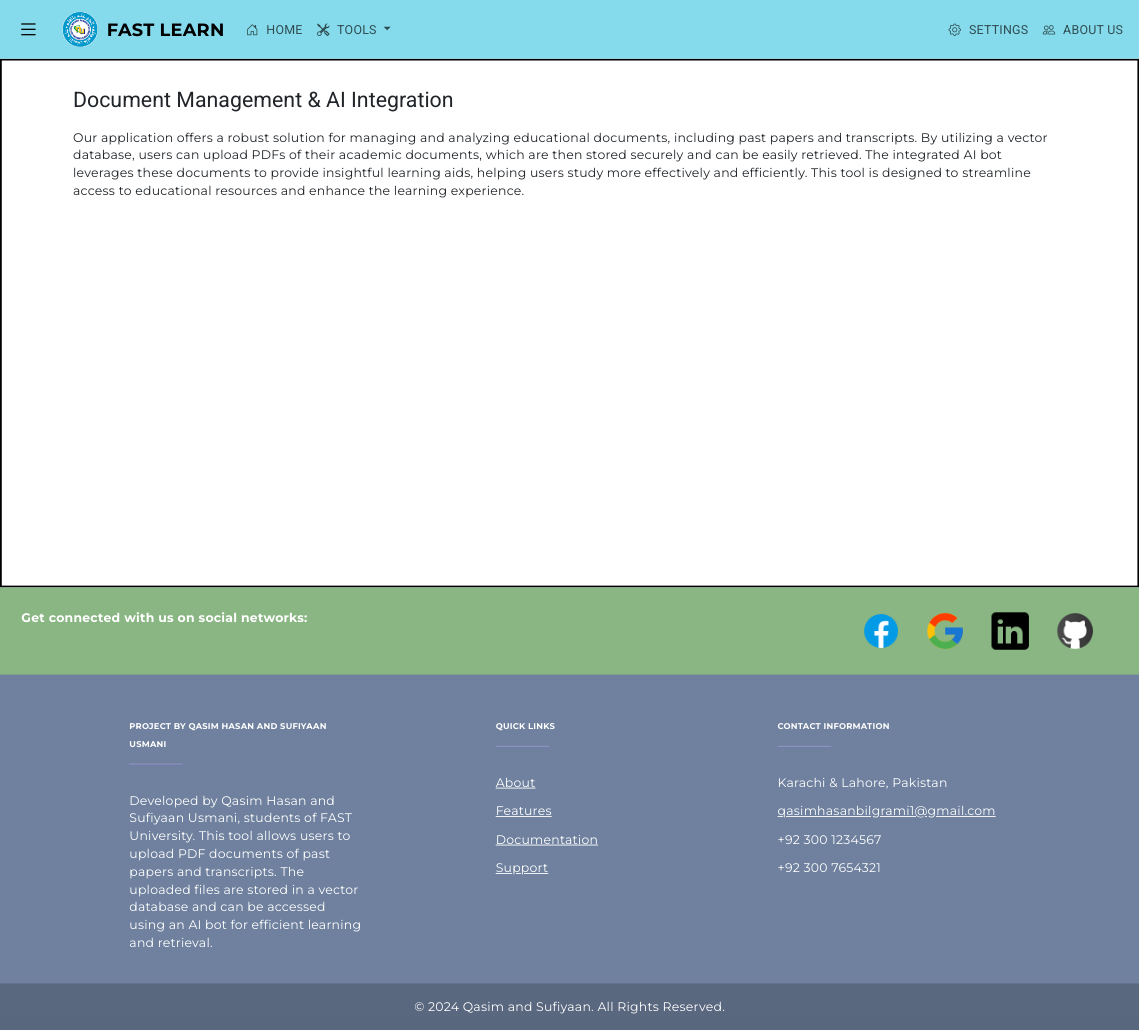
Repository: fastlearn-e0c9858e10ed/Frontend
Page: / (app in fastlearn/)
An editor plug-in stored every save of this project. The page is shown before and after the next save, followed by the edit.
The browser window is 1280 px wide. The pictures show the whole page, at 89% of full size.
The project was rebuilt for these pictures with package versions that can differ from the ones it lists, and the page was loaded fresh each time. Also part of the build but not shown: fastlearn/angular.json.

Above is the page before, as saved 2024-08-19 10:43:21.

After the next save:
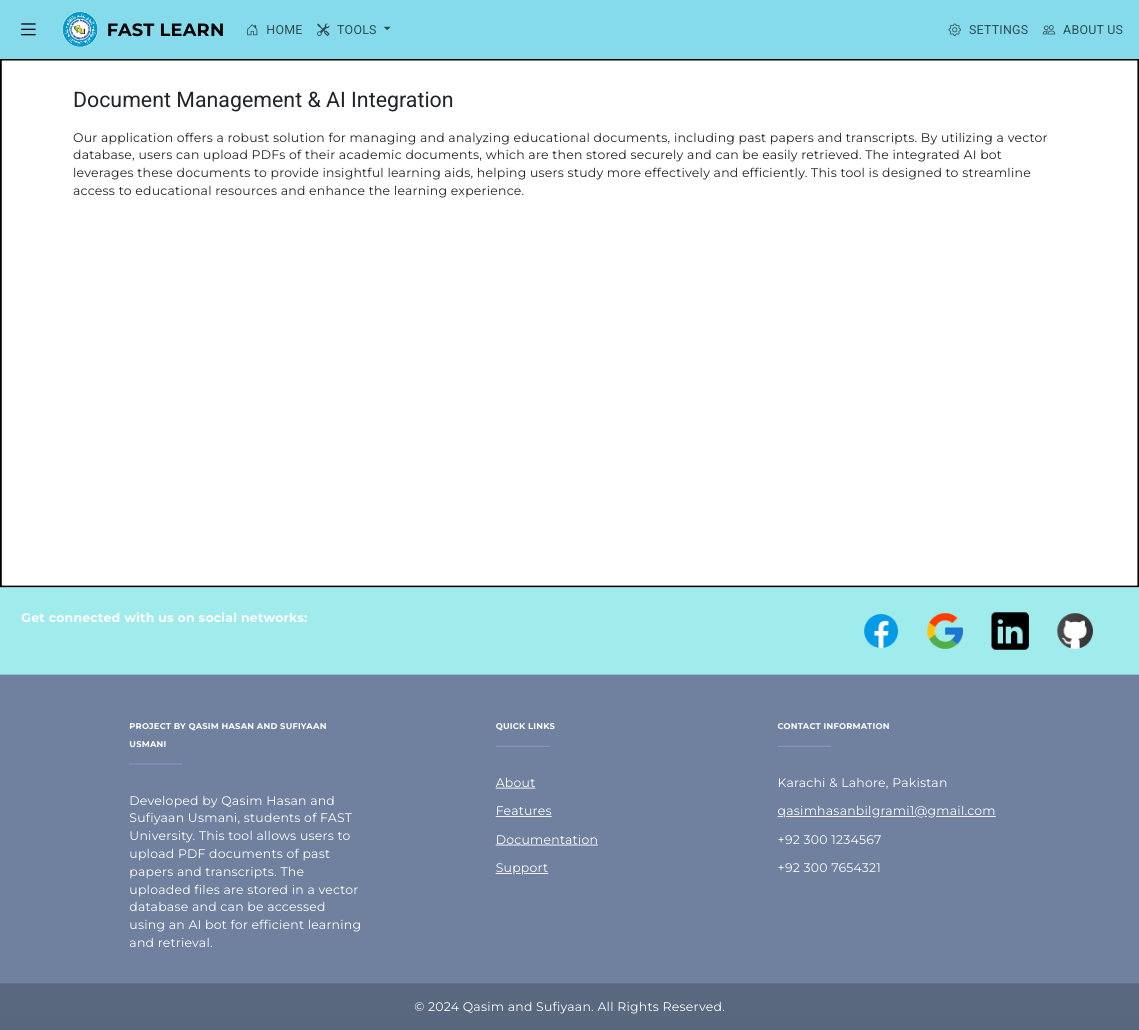
Saved 13 s later.
--- a/fastlearn/src/app/components/footer-page/footer-page.component.css
+++ b/fastlearn/src/app/components/footer-page/footer-page.component.css
@@ -13,7 +13,7 @@
 
 /* Social media section styling */
 .social-media-section {
-  background-color: #89b683; /* Green background color */
+  background-color: #a0ebeb; /* Green background color */
   font-weight: bold;
 }
 
